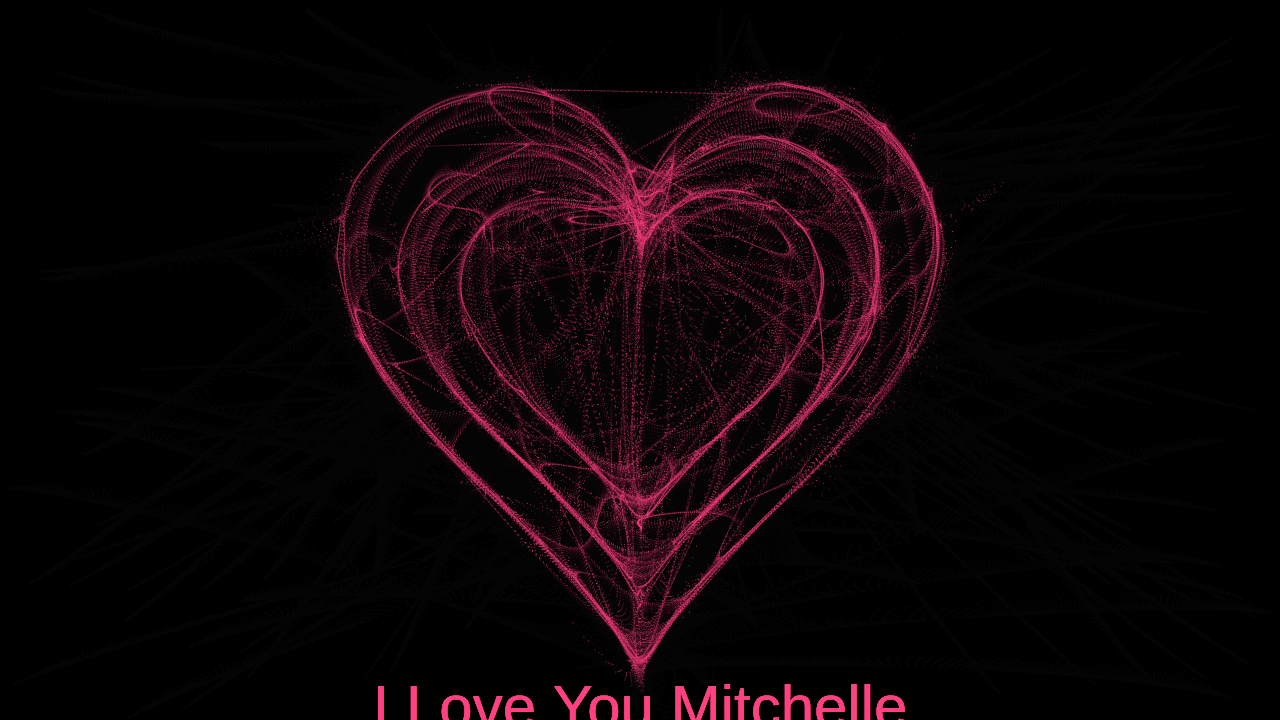
Repository: Madgerald-09/Something
Page: love.html
The author's editor kept a copy of each file at every save. The page is drawn from the files as they stood at one save, then again after the next save.
The browser window is 1280 px wide. The pictures show the whole page.

Above is the page before, as saved 2025-12-09 01:41:28.

### love.html
<!DOCTYPE html>
<html lang="en">
<head>
  <meta charset="UTF-8">
  <meta name="viewport" content="width=device-width, initial-scale=1.0">
  <title>❤️ I Love You Favour</title>
  <link rel="stylesheet" href="styles/love.css">
  <style>
    #clickMessage {
      position: fixed;
      top: 50%;
      left: 50%;
      transform: translate(-50%, -50%);
      color: white;
      font-size: 24px;
      text-align: center;
      background: rgba(255, 64, 129, 0.9);
      padding: 20px 40px;
      border-radius: 25px;
      z-index: 1000;
      animation: pulse 2s infinite;
      cursor: pointer;
      box-shadow: 0 10px 30px rgba(255, 64, 129, 0.5);
      display: none;
    }
    @keyframes pulse {
      0% { transform: translate(-50%, -50%) scale(1); }
      50% { transform: translate(-50%, -50%) scale(1.05); }
      100% { transform: translate(-50%, -50%) scale(1); }
    }
  </style>
</head>
<body>
  <canvas id="heart"></canvas>

  <audio id="backgroundMusic" loop>
    <source src="assets/blue.mp3" type="audio/mpeg">
    Your browser does not support the audio element.
  </audio>

  <div id="clickMessage">✨ Click to Play Music ✨</div>

  <script src="script/love.js"></script>

  <script>
    document.addEventListener('DOMContentLoaded', function() {
      const music = document.getElementById('backgroundMusic');
      const message = document.getElementById('clickMessage');

      // Check if music was playing on previous page
      const shouldPlay = localStorage.getItem('musicShouldPlay') === 'true';
      const savedTime = localStorage.getItem('musicTime') || 0;

      if (shouldPlay && savedTime > 0) {
        music.currentTime = parseFloat(savedTime);
      }

      // Try to auto-play
      setTimeout(() => {
        music.play().then(() => {
          console.log('🎵 Music playing automatically');
          message.style.display = 'none';

          // Save playback state
          music.addEventListener('play', () => {
            localStorage.setItem('musicShouldPlay', 'true');
          });

          music.addEventListener('pause', () => {
            localStorage.setItem('musicShouldPlay', 'false');
          });

          // Save current time every 3 seconds
          setInterval(() => {
            localStorage.setItem('musicTime', music.currentTime);
          }, 3000);

        }).catch(error => {
          console.log('🔇 Autoplay blocked, showing play button');
          message.style.display = 'block';

          // Play when message is clicked
          message.addEventListener('click', function playMusic() {
            music.play().then(() => {
              message.style.display = 'none';
              localStorage.setItem('musicShouldPlay', 'true');
            }).catch(e => {
              console.log('Still failed:', e);
              message.textContent = '❌ Cannot play audio. Please refresh.';
            });
            message.removeEventListener('click', playMusic);
          });

          // Also play on any click
          document.addEventListener('click', function playOnAnyClick() {
            if (music.paused) {
              music.play();
              message.style.display = 'none';
            }
            document.removeEventListener('click', playOnAnyClick);
          });
        });
      }, 1000);
    });
  </script>
</body>
</html>

### styles/love.css
body, html {
    margin: 0;
    padding: 0;
    width: 100%;
    height: 100%;
    overflow: hidden;
    background: #000;
}

canvas {
    display: block;
    position: absolute;
    top: 0;
    left: 0;
    width: 100%;
    height: 100%;
}

### script/love.js
window.requestAnimationFrame =
  window.__requestAnimationFrame ||
  window.requestAnimationFrame ||
  window.webkitRequestAnimationFrame ||
  window.mozRequestAnimationFrame ||
  window.oRequestAnimationFrame ||
  window.msRequestAnimationFrame ||
  (function () {
    return function (callback, element) {
      var lastTime = element.__lastTime || 0;
      var currTime = Date.now();
      var timeToCall = Math.max(1, 33 - (currTime - lastTime));
      window.setTimeout(callback, timeToCall);
      element.__lastTime = currTime + timeToCall;
    };
  })();

window.isDevice = /android|webos|iphone|ipad|ipod|blackberry|iemobile|opera mini/i.test(
  (navigator.userAgent || navigator.vendor || window.opera).toLowerCase()
);

var loaded = false;

function init() {
  if (loaded) return;
  loaded = true;
  var mobile = window.isDevice;
  var koef = mobile ? 0.5 : 1;
  var canvas = document.getElementById("heart");
  var ctx = canvas.getContext("2d");
  var width = (canvas.width = koef * innerWidth);
  var height = (canvas.height = koef * innerHeight);
  var rand = Math.random;

  ctx.fillStyle = "rgba(0,0,0,1)";
  ctx.fillRect(0, 0, width, height);

  function drawText() {
    ctx.font = "60px Arial";
    ctx.fillStyle = "#ff4081";
    ctx.textAlign = "center";
    ctx.fillText("I Love You Mitchelle", width / 2, height / 2.2 + 400);
  }

  function heartPosition(rad) {
    return [
      Math.pow(Math.sin(rad), 3),
      -(
        15 * Math.cos(rad) -
        5 * Math.cos(2 * rad) -
        2 * Math.cos(3 * rad) -
        Math.cos(4 * rad)
      ),
    ];
  }

  function scaleAndTranslate(pos, sx, sy, dx, dy) {
    return [dx + pos[0] * sx, dy + pos[1] * sy];
  }

  window.addEventListener("resize", function () {
    width = canvas.width = koef * innerWidth;
    height = canvas.height = koef * innerHeight;
    ctx.fillStyle = "rgba(0,0,0,1)";
    ctx.fillRect(0, 0, width, height);
  });

  var traceCount = mobile ? 20 : 50;
  var pointsOrigin = [];
  var dr = mobile ? 0.3 : 0.1;
  for (var i = 0; i < Math.PI * 2; i += dr)
    pointsOrigin.push(scaleAndTranslate(heartPosition(i), 310, 19, 0, 0));
  for (var i = 0; i < Math.PI * 2; i += dr)
    pointsOrigin.push(scaleAndTranslate(heartPosition(i), 250, 15, 0, 0));
  for (var i = 0; i < Math.PI * 2; i += dr)
    pointsOrigin.push(scaleAndTranslate(heartPosition(i), 190, 11, 0, 0));

  var heartPointsCount = pointsOrigin.length;
  var targetPoints = [];

  function pulse(kx, ky) {
    for (var i = 0; i < pointsOrigin.length; i++) {
      targetPoints[i] = [
        kx * pointsOrigin[i][0] + width / 2,
        ky * pointsOrigin[i][1] + height / 2.2,
      ];
    }
  }

  var e = [];
  for (var i = 0; i < heartPointsCount; i++) {
    var x = rand() * width;
    var y = rand() * height;
    e[i] = {
      vx: 0,
      vy: 0,
      R: 2,
      speed: rand() + 5,
      q: ~~(rand() * heartPointsCount),
      D: 2 * (i % 2) - 1,
      force: 0.2 * rand() + 0.7,
      f: "rgba(255, 64, 129, 0.7)",
      trace: Array.from({ length: traceCount }, () => ({ x, y })),
    };
  }

  var config = { traceK: 0.4, timeDelta: 0.6 };
  var time = 0;

  function loop() {
    var n = -Math.cos(time);
    pulse((1 + n) * 0.5, (1 + n) * 0.5);
    time += (Math.sin(time) < 0 ? 9 : n > 0.8 ? 0.2 : 1) * config.timeDelta;

    ctx.fillStyle = "rgba(0,0,0,.1)";
    ctx.fillRect(0, 0, width, height);

    for (var i = e.length; i--; ) {
      var u = e[i];
      var q = targetPoints[u.q];
      var dx = u.trace[0].x - q[0];
      var dy = u.trace[0].y - q[1];
      var length = Math.sqrt(dx * dx + dy * dy);

      if (length < 10) {
        if (rand() > 0.95) {
          u.q = ~~(rand() * heartPointsCount);
        } else {
          if (rand() > 0.99) u.D *= -1;
          u.q = (u.q + u.D) % heartPointsCount;
          if (u.q < 0) u.q += heartPointsCount;
        }
      }

      u.vx += (-dx / length) * u.speed;
      u.vy += (-dy / length) * u.speed;
      u.trace[0].x += u.vx;
      u.trace[0].y += u.vy;
      u.vx *= u.force;
      u.vy *= u.force;

      for (var k = 0; k < u.trace.length - 1; k++) {
        var T = u.trace[k];
        var N = u.trace[k + 1];
        N.x -= config.traceK * (N.x - T.x);
        N.y -= config.traceK * (N.y - T.y);
      }

      ctx.fillStyle = u.f;
      u.trace.forEach((t) => ctx.fillRect(t.x, t.y, 1, 1));
    }

    drawText();
    window.requestAnimationFrame(loop, canvas);
  }

  loop();
}

document.addEventListener("DOMContentLoaded", init);

After the next save:
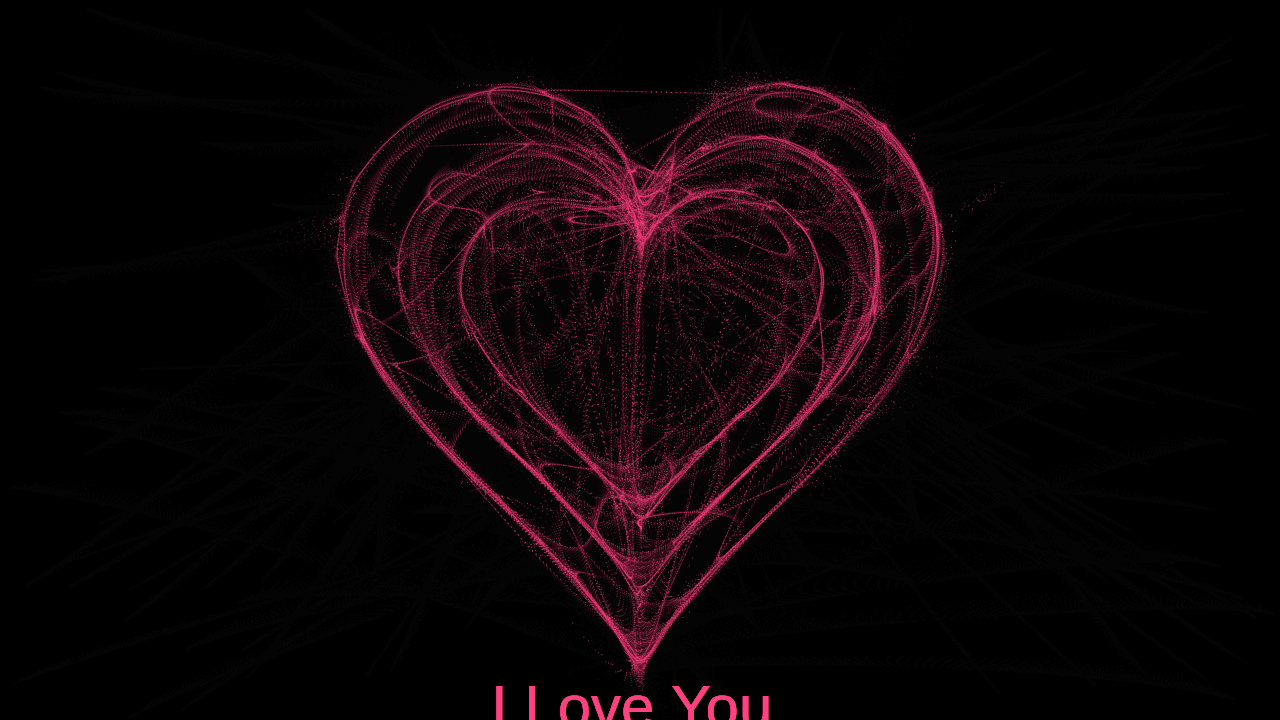
Saved 34 s later.
--- a/script/love.js
+++ b/script/love.js
@@ -39,7 +39,7 @@ function init() {
     ctx.font = "60px Arial";
     ctx.fillStyle = "#ff4081";
     ctx.textAlign = "center";
-    ctx.fillText("I Love You Mitchelle", width / 2, height / 2.2 + 400);
+    ctx.fillText("I Love You ", width / 2, height / 2.2 + 400);
   }
 
   function heartPosition(rad) {
